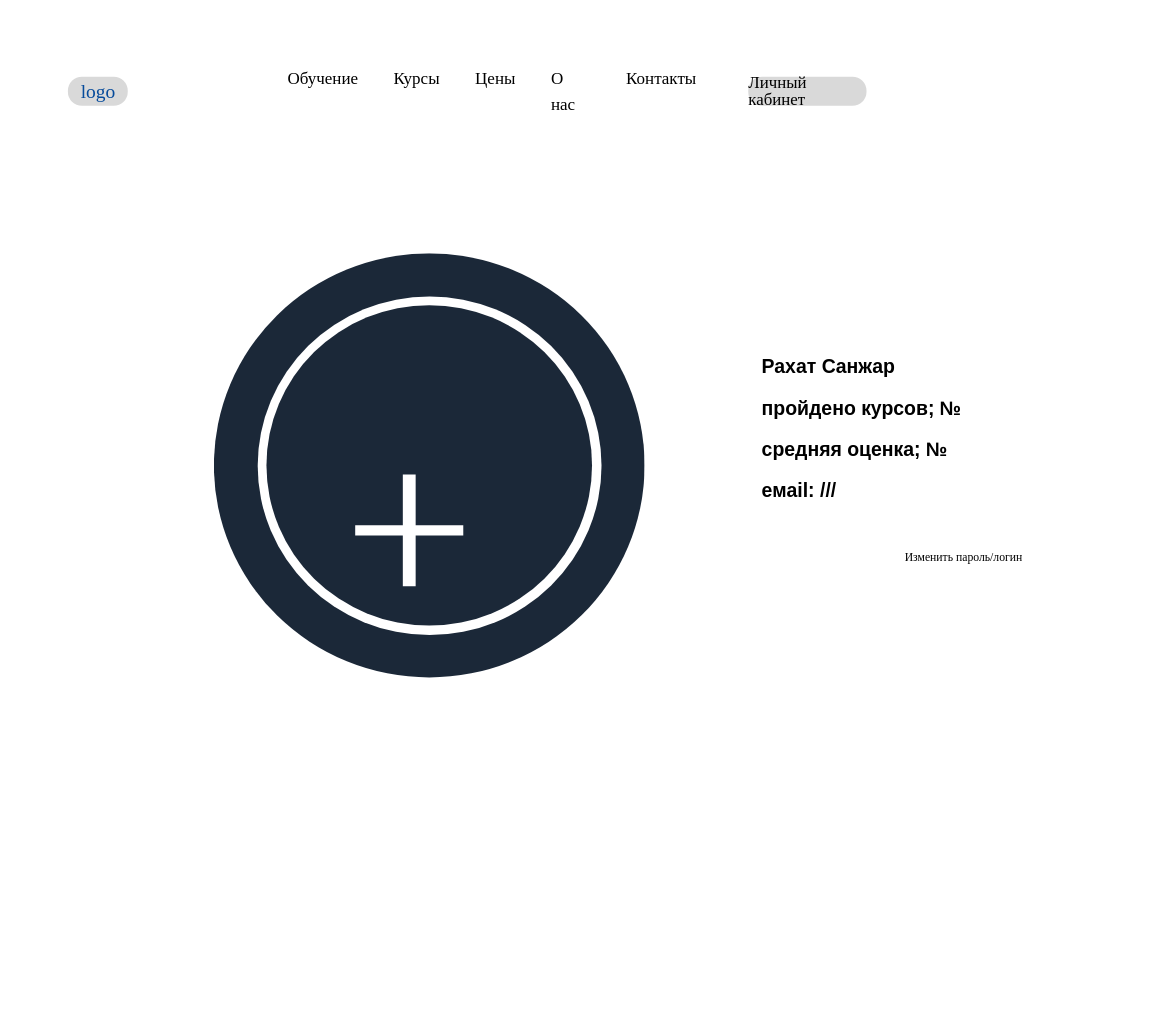
Repository: marjango/course
Page: /auth/profile
An editor plug-in stored every save of this project. The page is shown before and after the next save, followed by the edit.
The browser window is 1280 px wide. The page is 1596 px wide, so the pictures cover 1596 px, including what lies to the right of the window. The pictures show the whole page, at 73% of full size.
The project was rebuilt for these pictures with package versions that can differ from the ones it lists, and the page was loaded fresh each time. The framework's server and built-in components were replaced by stand-ins that run in the browser. Also part of the build but not shown: next.config.ts.

Above is the page before, as saved 2025-03-27 17:33:42.

### app/layout.tsx
import type { Metadata } from "next";
import "./globals.css";
import './fonts.css';


export const metadata: Metadata = {
  title: "сourse",
  description: "it course",
};

export default function RootLayout({
  children,
}: Readonly<{
  children: React.ReactNode;
}>) {
  return (
    <html lang="en">
      <body

      >
        {children}
      </body>
    </html>
  );
}

### app/[auth]/profile/page.tsx
import React from "react";
import Image from "next/image";
import s from "./profile.module.css";
import Link from "next/link";
import photo from './img/profilephoto.svg'

const profile = () => {
  return (
    <>
      <div className={s.profilepage}>
        <div className={s.headerContainer}>
          <Link href="/" className={s.logo}>
            logo
          </Link>

          <div className={s.nav}>
            <Link href="/learningpage">Обучение</Link>
            <Link href="/coursespage">Курсы</Link>
            <Link href="/pricepage">Цены</Link>
            <Link href="/aboutus">О нас</Link>
            <Link href="#">Контакты</Link>
          </div>

          <Link href="/profile" className={s.personal}>
            Личный кабинет
          </Link>
        </div>
        <div className={s.profile}>
            <Image src={photo} alt="photo"/>
            <div className={s.description}>
                <p className={s.name}>Рахат Cанжар</p>
                <p>пройдено курсов; №</p>
                <p>средняя оценка; №</p>
                <p>емail: ///</p>
                <button>Изменить пароль/логин</button>
            </div>
        </div>
      </div>
    </>
  );
};

export default profile;

### app/globals.css
@import "tailwindcss";

* {
  font-family: 'Doloman Pavljenko';
}

h1 {
  font-family: 'Intro Friday', sans-serif;
  font-size: 3.39vw;
  line-height: 1.2;
  color: white;
  font-weight: bold;
  text-transform: uppercase;
}

p {
  font-size: 2.08vw;
  line-height: 2.08vw;
  font-weight: 300;
}

### app/fonts.css
@font-face {
    font-family: 'Doloman Pavljenko';
    src: url("/public/fonts/DolomanPavljenko.otf") format('otf'),
    url("/public/fonts/DolomanPavljenko.otf") format('otf');
    font-weight: normal;
    font-style: normal;
  }

   @font-face {
     font-family: "Intro Friday";
     src: url("/public/fonts/Intro\ Friday\ Regular.ttf") format("ttf"),
     url("/public/fonts/Intro\ Friday\ Regular.ttf") format("ttf");
     font-weight: normal;
     font-style: normal;
   }

### app/[auth]/profile/profile.module.css
.profilepage {
background-color: white;
padding: 7.03vw 7.29vw 12.60vw 7.29vw;
}
.headerContainer {
    background: transparent;
    display: flex;
    justify-content: space-between;
    align-items: center;
    width: 100%;
    margin-bottom: 10.42vw;
  }

  .logo {
    padding: 0.52vw 1.35vw;
    background-color: #D9D9D9;
    border: none;
    border-radius: 1.51vw;
    color: #064b9b;
    font-size: 2.08vw;
    line-height: 2.08vw;
    font-weight: 300;
  }

  .nav {
    margin-left: 17.08vw;
    justify-self: center;
    font-size: 1.82vw;
    font-weight: 300;
    display: flex;
    gap: 3.8vw;
  }

  .personal {
    margin-left: 5.57vw;
    background-color: #D9D9D9;
    width: 12.66vw;
    height: 3.13vw;
    display: flex;
    justify-content: center;
    align-items: center;
    border: none;
    border-radius: 1.51vw;
    color: black;
    font-size: 1.8vw;
    line-height: 1.8vw;
    font-weight: 300;
  }

  .profile {
    margin: 187px 0 290px 200px ;
    display: flex;
    gap: 160px;
    align-items: center;
  }

  .description {
    display: flex;
    flex-direction: column;
    gap: 30px;
  }
  .description p {

    font-weight: bold;
    font-family: 'Intro Friday', sans-serif;
  }
  .description button {
    width: 553px;
    height: 96px;

  }

After the next save:
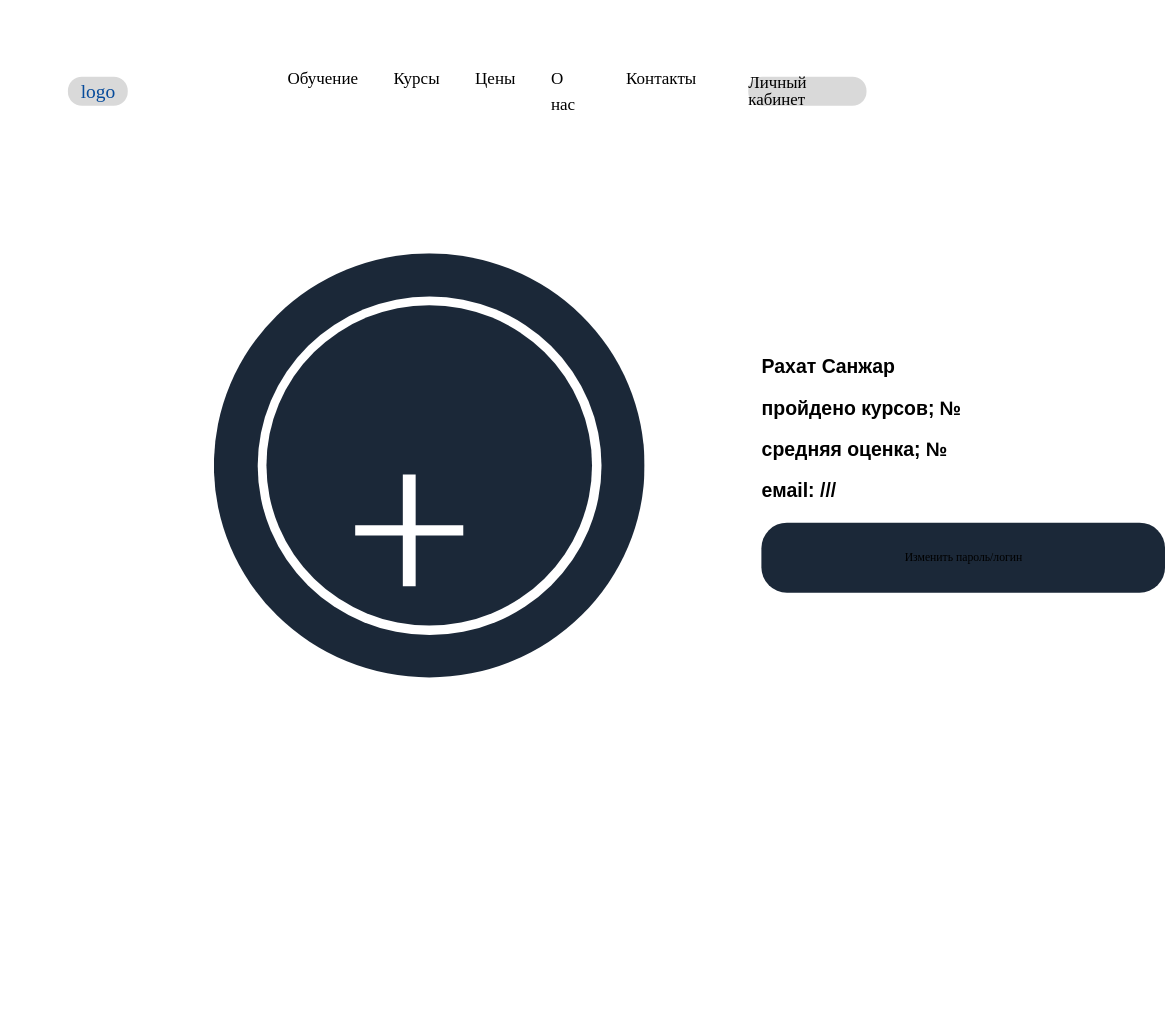
Saved 12 s later.
--- a/app/[auth]/profile/profile.module.css
+++ b/app/[auth]/profile/profile.module.css
@@ -67,5 +67,6 @@ padding: 7.03vw 7.29vw 12.60vw 7.29vw;
   .description button {
     width: 553px;
     height: 96px;
-
+    background-color: #1B2838;
+    border-radius: 35px;
   }
